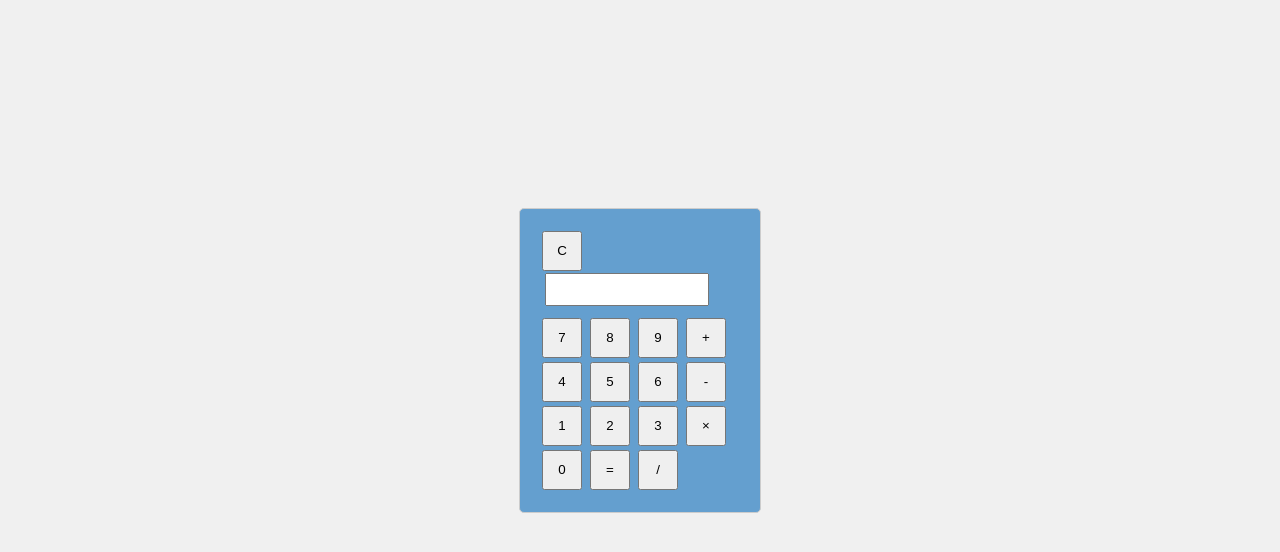
Repository: Burnmyheart/calculator
Page: index.html
An editor plug-in stored every save of this project. The page is shown before and after the next save, followed by the edit.
The browser window is 1280 px wide. The pictures show the whole page.

Above is the page before, as saved 2025-04-28 22:35:54.

### index.html
<!DOCTYPE html>
<html lang="en">
  <head>
    <meta charset="UTF-8" />
    <meta name="viewport" content="width=device-width, initial-scale=1.0" />
    <title>Калькулятор</title>
    <link rel="stylesheet" href="style.css" />
  </head>
  <body>
    <div class="calculator">
      <!-- Поле вывода и кнопка сброса -->
      <div class="display-container">
        <button class="clear" onclick="clearDisplay()">C</button>
        <input type="text" id="display" readonly />
      </div>

      <!-- Кнопки калькулятора -->
      <div>
        <button onclick="addNumber('7')">7</button>
        <button onclick="addNumber('8')">8</button>
        <button onclick="addNumber('9')">9</button>
        <button onclick="addOperation('+')">+</button>
      </div>
      <div>
        <button onclick="addNumber('4')">4</button>
        <button onclick="addNumber('5')">5</button>
        <button onclick="addNumber('6')">6</button>
        <button onclick="addOperation('-')">-</button>
      </div>
      <div>
        <button onclick="addNumber('1')">1</button>
        <button onclick="addNumber('2')">2</button>
        <button onclick="addNumber('3')">3</button>
        <button onclick="addOperation('*')">×</button>
      </div>
      <div>
        <button onclick="addNumber('0')">0</button>
        <button onclick="calculate()">=</button>
        <button onclick="addOperation('/')">/</button>
      </div>
    </div>

    <script src="calculator.js"></script>
  </body>
</html>

### style.css
/* Базовые стили для читаемости */
body {
  display: flex;
  justify-content: center;
  align-items: center;
  min-height: 100vh;
  margin: 0;
  background-color: #f0f0f0;
}

.calculator {
  background-color: #649fcf;
  padding: 20px;
  border: 1px solid #ccc;
  border-radius: 5px;
  width: 200px;
}

.display-container {
  margin-bottom: 10px;
}

#display {
  width: 150px;
  height: 25px;
  margin-left: 5px;
  padding: 2px 5px;
  text-align: right;
}

button {
  width: 40px;
  height: 40px;
  margin: 2px;
}

clear {
  background-color: red;
}

### calculator.js
// Получаем элемент дисплея
const display = document.getElementById("display");

// Переменные для хранения данных
let firstNumber = "";
let operator = "";
let newNumber = false;

// Добавление цифры
function addNumber(num) {
  if (newNumber) {
    display.value = num;
    newNumber = false;
  } else {
    display.value += num;
  }
}

// Добавление операции
function addOperation(op) {
  // Проверяем, что есть число для операции
  if (display.value === "") {
    display.value = "Ошибка: введите число";
    return;
  }
  // Если уже есть операция, выполняем её
  if (firstNumber && operator) {
    calculate();
  }
  firstNumber = display.value;
  operator = op;
  newNumber = true;
}

// Вычисление результата
function calculate() {
  // Проверяем наличие всех необходимых данных
  if (!firstNumber || !operator || !display.value) {
    display.value = "Ошибка: неполное выражение";
    return;
  }

  let result;
  let a = parseFloat(firstNumber);
  let b = parseFloat(display.value);

  switch (operator) {
    case "+":
      result = a + b;
      break;
    case "-":
      result = a - b;
      break;
    case "*":
      result = a * b;
      break;
    case "/":
      if (b === 0) {
        display.value = "Ошибка: деление на ноль";
        firstNumber = "";
        operator = "";
        newNumber = true;
        return;
      }
      result = a / b;
      break;
  }

  display.value = result;
  firstNumber = "";
  operator = "";
  newNumber = true;
}

// Очистка дисплея
function clearDisplay() {
  display.value = "";
  firstNumber = "";
  operator = "";
  newNumber = false;
}

After the next save:
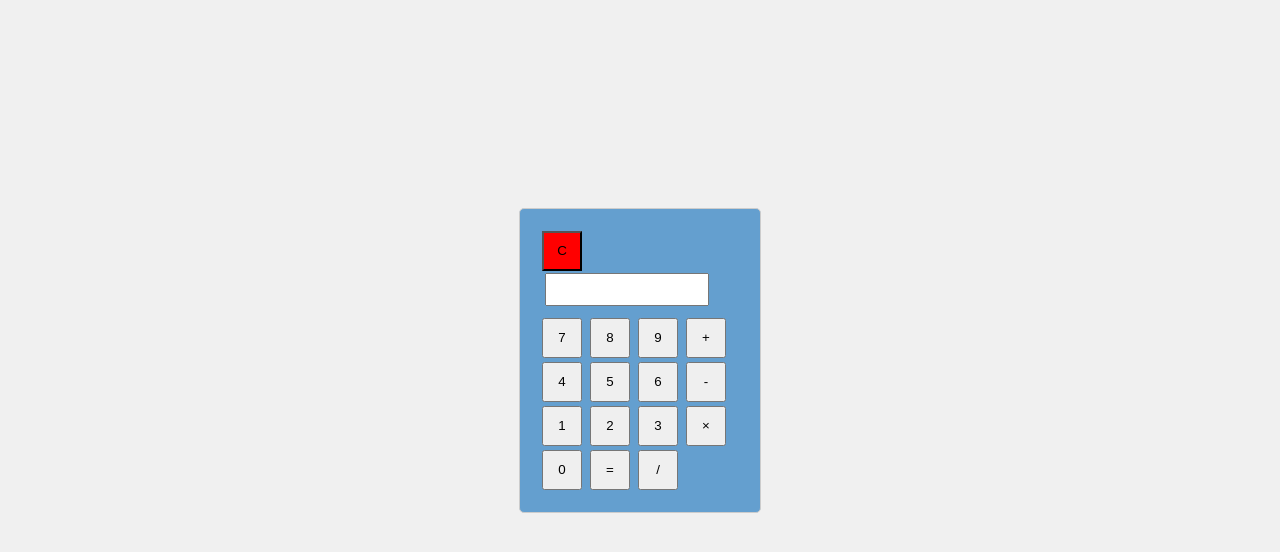
Saved 12 s later.
--- a/style.css
+++ b/style.css
@@ -34,6 +34,6 @@ button {
   margin: 2px;
 }
 
-clear {
+.clear {
   background-color: red;
 }
